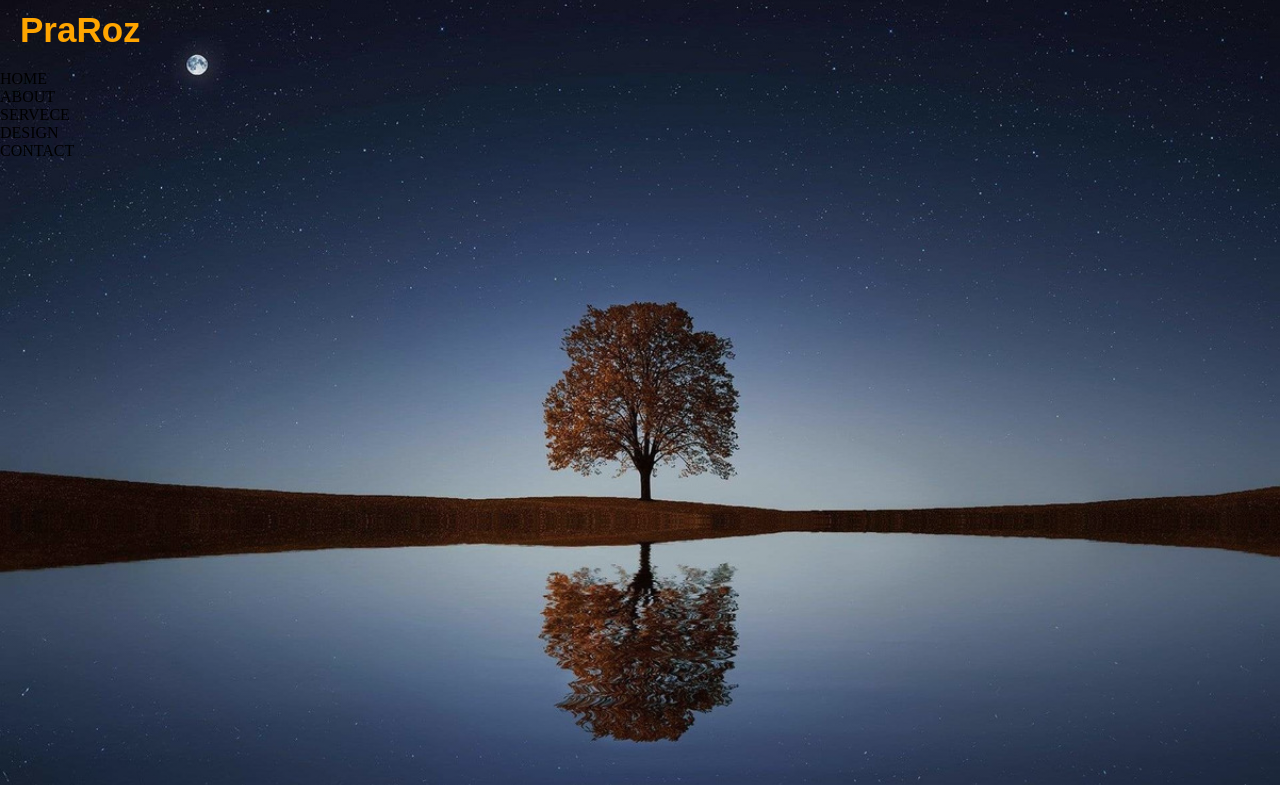
Repository: HuynhDuc23/project3
Page: index.html
An editor plug-in stored every save of this project. The page is shown before and after the next save, followed by the edit.
The browser window is 1280 px wide. The pictures show the whole page.

Above is the page before, as saved 2023-05-04 14:20:08.

### index.html
<html lang="en">
<head>
    <meta charset="UTF-8">
    <meta http-equiv="X-UA-Compatible" content="IE=edge">
    <meta name="viewport" content="width=device-width, initial-scale=1.0">
    <link rel="stylesheet" href="https://cdnjs.cloudflare.com/ajax/libs/font-awesome/6.4.0/css/all.min.css" integrity="sha512-iecdLmaskl7CVkqkXNQ/ZH/XLlvWZOJyj7Yy7tcenmpD1ypASozpmT/E0iPtmFIB46ZmdtAc9eNBvH0H/ZpiBw==" crossorigin="anonymous" referrerpolicy="no-referrer" />
    <link rel="stylesheet" href="style.css">
    <title>Document</title>
</head>
<body>
    <div class="main">
        <div class="navbar">
            <div class="icon">
                <h2 class="logo">PraRoz</h2>
            </div>
            <div class="menu">
                <ul>
                    <li>HOME</li>
                    <li>ABOUT</li>
                    <li>SERVECE</li>
                    <li>DESIGN</li>
                    <li>CONTACT</li>
                </ul>
            </div>
        </div>
    </div>
</body>
</html>

### style.css
* {
    margin: 0;
    padding: 0;
}
.main {
    width: 100%;
    background-image: linear-gradient(to right bottom , rgba(176, 55, 55, 0),rgba(0, 0, 0, 0.286)),url("img/Project3.png");
    background-position: center;
    background-size: cover;
    background-repeat: no-repeat;
    height: 109vh;
}
.navbar
{
    width: 1200px;
    height: 75px;
    /* margin: auto; */
}
.icon {
    width: 200px;
    /* float: left; */
    height: 70px;

}
.logo {
    color: orange;
    font-size: 35px;
    font-family: Arial, Helvetica, sans-serif;
    padding-left: 20px;
    /* float: left; */
    padding-top: 10px;
}

After the next save:
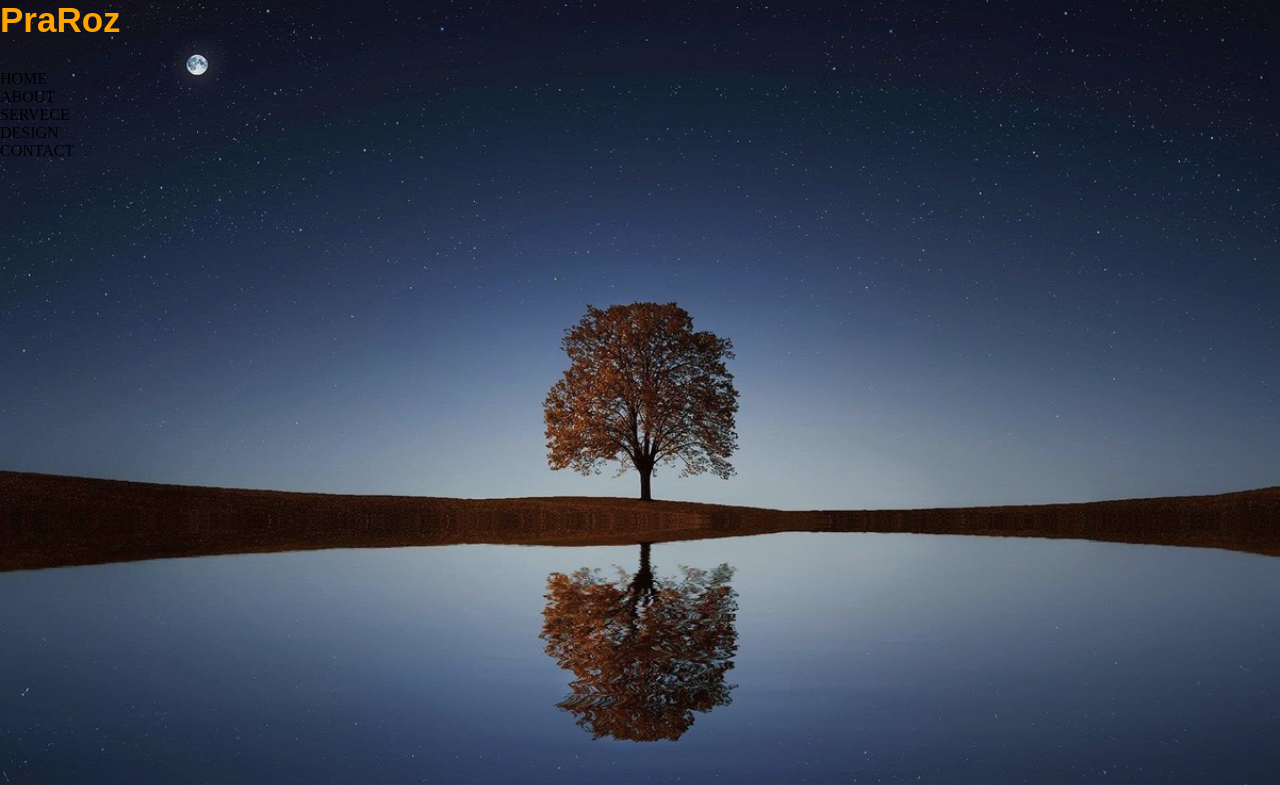
Saved 100 s later.
--- a/style.css
+++ b/style.css
@@ -26,7 +26,7 @@
     color: orange;
     font-size: 35px;
     font-family: Arial, Helvetica, sans-serif;
-    padding-left: 20px;
+    /* padding-left: 20px; */
     /* float: left; */
-    padding-top: 10px;
-}
+    /* padding-top: 10px;
+} */
